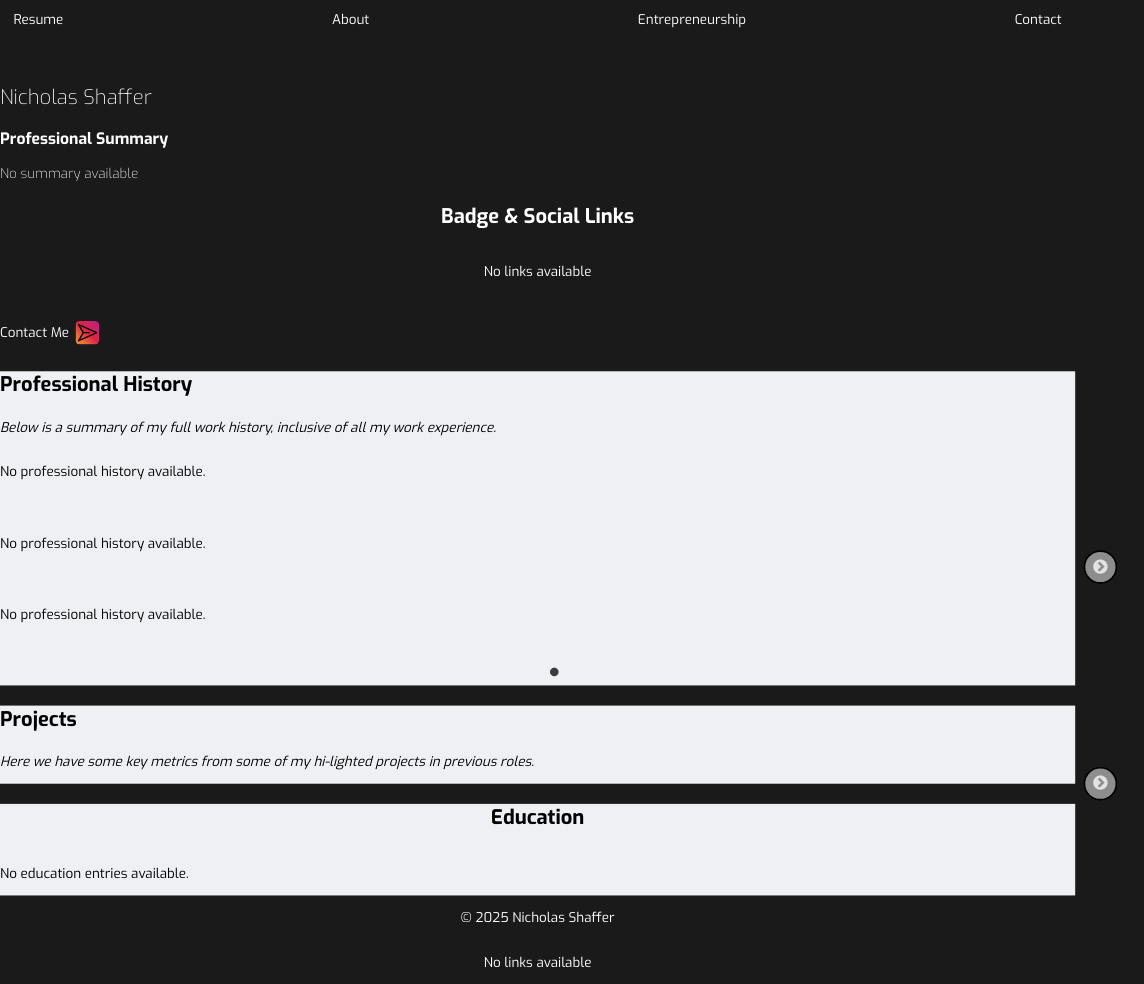
Repository: ShafferNick/nicholas_portfolio
Page: /
These files come from the project's save history. The page is drawn as it stood at one moment and after the next save; the edit follows.
The browser window is 1280 px wide. The page is 1330 px wide, then 1362 px, so the pictures cover 1362 px, including what lies to the right of the window. The pictures show the whole page, at 84% of full size.
The page's requests for data from a server got no answer. The project was rebuilt for these pictures with package versions that can differ from the ones it lists, and the page was loaded fresh each time. The framework's server and built-in components were replaced by stand-ins that run in the browser. No one was signed in, and anything a server would have sent is missing. Also part of the build but not shown: next.config.ts, src/app/components/Contact.tsx.

Above is the page before, as saved 2025-03-19 14:59:02.

### src/app/layout.tsx
import './globals.css';
import type { Metadata } from 'next';

export const metadata: Metadata = {
  title: 'Create Next App',
  description: 'Generated by create next app',
};

export default function RootLayout({
  children,
}: {
  children: React.ReactNode;
}) {
  return (
    <html lang="en">
      <body>{children}</body>
    </html>
  );
}

### src/app/page.tsx
import { client } from '@/app/sanityClient';
import { SanityImageSource } from '@/app/types/sanity-types';
import ContactWrapper from './components/ContactWrapper';

type Job = {
  _id: string;
  title: string;
  dates: { startDate: string; endDate: string | null };
  description: string[];
  location: string;
  companyLogo?: SanityImageSource;
};

type Project = {
  _id: string;
  title: string;
  timeline: { startDate: string; endDate: string | null };
  summary: string;
  description: string[];
};

type Profile = {
  _id: string;
  summary: string;
};

type Link = {
  _id: string;
  title: string;
  url: string;
  icon: string;
};

type EducationEntry = {
  _id: string;
  institution: string;
  major: string;
  gpa: number;
  activities: string[];
  dates: { startDate: string; endDate: string | null };
};

async function getData() {
  try {
    const profile = await client.fetch<Profile[]>(`*[_type == "profile"]`);
    console.log('Fetched profile:', profile);

    const jobs = await client.fetch<Job[]>(
      `*[_type == "job"] {
        _id,
        title,
        dates,
        description,
        location,
        companyLogo {
          ...,
          asset->
        }
      } | order(dates.startDate desc)`
    );
    console.log('Fetched jobs:', jobs);

    const projects = await client.fetch<Project[]>(
      `*[_type == "project"] {
        _id,
        title,
        timeline,
        summary,
        description
      } | order(timeline.startDate desc)`
    );
    console.log('Fetched projects:', projects);

    const links = await client.fetch<Link[]>(`*[_type == "link"]`);
    console.log('Fetched links:', links);

    const education = await client.fetch<EducationEntry[]>(
      `*[_type == "education"] {
        _id,
        institution,
        major,
        gpa,
        activities,
        dates
      } | order(dates.startDate desc)`
    );
    console.log('Fetched education:', education);

    // Check if profile[0] exists before accessing summary
    if (!profile || profile.length === 0) {
      console.error('No profile data found');
      return { profile: { _id: '', summary: '' }, jobs, projects, links, education };
    }

    return { profile: profile[0], jobs, projects, links, education };
  } catch (error) {
    console.error('Error fetching data from Sanity:', error);
    return { profile: { _id: '', summary: '' }, jobs: [], projects: [], links: [], education: [] };
  }
}

export default async function Home() {
  const data = await getData();
  const { profile, jobs, projects, links, education } = data;

  console.log('Profile in Home:', profile);
  console.log('Jobs in Home:', jobs);
  console.log('Projects in Home:', projects);
  console.log('Links in Home:', links);
  console.log('Education in Home:', education);

  const safeLinks = Array.isArray(links) ? links : [];

  return (
    <ContactWrapper
      profileSummary={profile?.summary || 'No summary available'}
      links={safeLinks}
      jobs={jobs || []}
      projects={projects || []}
      education={education || []}
    />
  );
}

### src/app/sanityClient.ts
import { createClient } from '@sanity/client';

console.log('Project ID:', process.env.NEXT_PUBLIC_SANITY_PROJECT_ID);
console.log('Dataset:', process.env.NEXT_PUBLIC_SANITY_DATASET);

if (!process.env.NEXT_PUBLIC_SANITY_PROJECT_ID) {
  throw new Error('NEXT_PUBLIC_SANITY_PROJECT_ID is not set. Check .env.local or Vercel env variables.');
}

export const client = createClient({
  projectId: process.env.NEXT_PUBLIC_SANITY_PROJECT_ID,
  dataset: process.env.NEXT_PUBLIC_SANITY_DATASET || 'production',
  apiVersion: '2023-05-03', // Fixed to a valid version
  useCdn: true,
});

### src/app/components/ContactWrapper.tsx
'use client';
import React, { useState } from 'react';
import NavbarClient from './NavbarClient';
import ContactMe from './ContactMe';
import Contact from './Contact';
import Hero from './Hero';
import Links from './Links';
import ProfessionalHistory from './ProfessionalHistory';
import Projects from './Projects';
import Education from './Education';
import FooterClient from './FooterClient';

type ContactWrapperProps = {
  profileSummary: string;
  links: any[];
  jobs: any[];
  projects: any[];
  education: any[];
};

export default function ContactWrapper({
  profileSummary,
  links,
  jobs,
  projects,
  education,
}: ContactWrapperProps) {
  const [isFormOpen, setIsFormOpen] = useState(false);

  const openForm = () => {
    console.log('Opening form');
    setIsFormOpen(true);
  };

  const closeForm = () => {
    console.log('Closing form');
    setIsFormOpen(false);
  };

  console.log('isFormOpen state:', isFormOpen);

  return (
    <>
      <NavbarClient onContactClick={openForm} />
      <Hero summary={profileSummary} />
      <Links links={links} />
      <ContactMe onContactClick={openForm} />
      <ProfessionalHistory jobs={jobs} />
      <Projects projects={projects} />
      <Education education={education} />
      <FooterClient links={links} />
      {isFormOpen && (
        <div className="fixed inset-0 z-50 flex items-center justify-center bg-black bg-opacity-70">
          <div className="relative bg-white p-6 rounded-lg shadow-lg w-full max-w-md mx-4">
            <Contact onClose={closeForm} />
          </div>
        </div>
      )}
    </>
  );
}

### src/app/components/NavbarClient.tsx
'use client';
import React, { useState } from 'react';
import Link from 'next/link';
import { usePathname } from 'next/navigation';

type NavbarClientProps = {
  onContactClick: () => void;
};

export default function NavbarClient({ onContactClick }: NavbarClientProps) {
  const [isMobileMenuOpen, setIsMobileMenuOpen] = useState(false);
  const pathname = usePathname();

  const navLinks = [
    { name: 'Resume', href: '/' },
    { name: 'About', href: '/about' },
    { name: 'Entrepreneurship', href: '/entrepreneurship' },
    { name: 'Contact', href: '#', onClick: onContactClick },
  ];

  const toggleMobileMenu = () => {
    setIsMobileMenuOpen(!isMobileMenuOpen);
  };

  const handleContactClick = (e: React.MouseEvent<HTMLAnchorElement>) => {
    console.log('Contact link clicked in navbar');
    e.preventDefault();
    onContactClick();
  };

  return (
    <nav className="bg-[#1A1A1A] text-white p-4 fixed w-full top-0 z-50">
      <div className="max-w-4xl mx-auto flex justify-between items-center">
        {/* Removed the name from the navbar */}
        <div className="desktop-menu hidden md:flex space-x-4">
          {navLinks.map((link) => (
            <Link
              key={link.name}
              href={link.href}
              className={`nav-link ${pathname === link.href ? 'active-link' : ''}`}
              onClick={link.name === 'Contact' ? handleContactClick : undefined}
            >
              {link.name}
            </Link>
          ))}
        </div>

        {/* Mobile Menu Toggle */}
        <div className="mobile-menu-toggle md:hidden">
          <button onClick={toggleMobileMenu} aria-label="Toggle mobile menu">
            <span className="block w-6 h-0.5 bg-white mb-1.5"></span>
            <span className="block w-6 h-0.5 bg-white mb-1.5"></span>
            <span className="block w-6 h-0.5 bg-white"></span>
          </button>
        </div>

        {/* Mobile Menu */}
        <div
          className={`mobile-menu md:hidden fixed top-0 right-0 w-3/4 h-full bg-gray-900 p-4 transform transition-transform duration-300 ${
            isMobileMenuOpen ? 'translate-x-0' : 'translate-x-full'
          }`}
        >
          <button
            onClick={toggleMobileMenu}
            className="close-button text-white text-2xl"
            aria-label="Close mobile menu"
          >
            ×
          </button>
          <div className="flex flex-col space-y-4 mt-12">
            {navLinks.map((link) => (
              <Link
                key={link.name}
                href={link.href}
                className={`text-white text-lg ${pathname === link.href ? 'active-link' : ''}`}
                onClick={(e) => {
                  if (link.name === 'Contact') {
                    e.preventDefault();
                    console.log('Contact link clicked in mobile menu');
                    onContactClick();
                    toggleMobileMenu();
                  } else {
                    toggleMobileMenu();
                  }
                }}
              >
                {link.name}
              </Link>
            ))}
          </div>
        </div>
      </div>
    </nav>
  );
}

### src/app/components/ContactMe.tsx
'use client';
import React from 'react';
import Image from 'next/image';

type ContactMeProps = {
  onContactClick: () => void;
};

export default function ContactMe({ onContactClick }: ContactMeProps) {
  const handleClick = () => {
    console.log('Contact Me button clicked');
    onContactClick();
  };

  return (
    <section className="contact-section">
      <div className="max-w-4xl mx-auto">
        <div className="contact-me cursor-pointer" onClick={handleClick}>
          <span>Contact Me</span>
          <Image
            src="/paper-plane-svgrepo-com.svg"
            alt="Contact Icon"
            width={24}
            height={24}
            className="contact-icon"
          />
        </div>
      </div>
    </section>
  );
}

### src/app/components/Hero.tsx
import React from 'react';

type HeroProps = {
  summary: string;
};

export default function Hero({ summary }: HeroProps) {
    return (
        <section className="hero-custom-black py-20 md:py-28 text-left animate-slide-in">
            <div className="max-w-4xl mx-auto px-8 md:px-12">
                <h1 className="text-5xl md:text-6xl font-extralight mb-6" style={{ fontWeight: 200 }}>
                    Nicholas Shaffer
                </h1>
                <div className="max-w-2xl mb-8">
                    <h3 className="text-lg md:text-xl font-bold mb-4" style={{ fontWeight: 700 }}>
                        Professional Summary
                    </h3>
                    <p className="text-base md:text-lg leading-relaxed font-extralight" style={{ fontWeight: 200 }}>
                        {summary}
                    </p>
                </div>
            </div>
        </section>
    );
}

### src/app/components/Links.tsx
'use client';
import { FontAwesomeIcon } from '@fortawesome/react-fontawesome';
import { faLinkedin, faGithub } from '@fortawesome/free-brands-svg-icons';
import { faAward } from '@fortawesome/free-solid-svg-icons';
import Image from 'next/image';

type Link = {
  _id: string;
  title: string;
  url: string;
  icon: string;
};

type LinksProps = {
  links: Link[];
  isFooter?: boolean;
};

export default function Links({ links, isFooter = false }: LinksProps) {
  console.log('Links in Links component:', links); // Debug log

  const getIcon = (iconName: string) => {
    switch (iconName.toLowerCase()) {
      case 'linkedin':
        return faLinkedin;
      case 'github':
        return faGithub;
      case 'aws cloud practitioner':
      case 'prosci change manager':
      case 'credly':
        return faAward;
      default:
        return null;
    }
  };

  const getImage = (iconName: string) => {
    switch (iconName.toLowerCase()) {
      case 'github':
        return (
          <Image
            src="https://static-00.iconduck.com/assets.00/github-icon-2048x2048-dpporae2.png"
            alt="GitHub"
            width={isFooter ? 40 : 50}
            height={isFooter ? 40 : 50}
          />
        );
      case 'aws cloud practitioner':
        return (
          <Image
            src="https://res.cloudinary.com/hy4kyit2a/f_auto,fl_lossy,q_70/learn/modules/aws-cloud-practitioner-certification-prep/learn-about-the-aws-certified-cloud-practitioner-exam/images/8ef555de1a79ee04d46f669f807e8626_8-e-63168-f-d-72-f-4272-8994-6779-eec-75-ce-9.png"
            alt="AWS Cloud Practitioner"
            width={isFooter ? 40 : 50}
            height={isFooter ? 40 : 50}
          />
        );
      case 'prosci change manager':
        return (
          <Image
            src="https://images.credly.com/images/8a442ad3-10d8-46e4-9241-41b68cfb50a9/linkedin_thumb_VILT_Change_Practitioner_Certification_V2.png"
            alt="Prosci Change Practitioner"
            width={isFooter ? 75 : 95}
            height={isFooter ? 45 : 55}
          />
        );
      case 'credly':
        return (
          <Image
            src="https://cdn.player.fm/images/21281221/series/SyPIfO73CwJqTAo6/512.png"
            alt="Credly"
            width={isFooter ? 40 : 50}
            height={isFooter ? 40 : 50}
          />
        );
      default:
        return null;
    }
  };

  return (
    <section className={isFooter ? 'flex justify-center gap-12' : 'badge-social-section mb-8'}>
      {!isFooter && (
        <h2 className="text-2xl font-regular mb-2 text-center">Badge & Social Links</h2>
      )}
      <div
        className={
          isFooter
            ? 'flex justify-around items-center flex-wrap gap-4 max-w-4xl mx-auto' // Match top section spacing and width
            : 'flex justify-around items-center flex-wrap gap-4'
        }
      >
        {Array.isArray(links) && links.length > 0 ? (
          links.map((link) => {
            const icon = getIcon(link.icon);
            const image = getImage(link.icon);

            return (
              <a
                key={link._id}
                href={link.url}
                target="_blank"
                rel="noopener noreferrer"
                className={
                  isFooter
                    ? 'p-3 transition-transform hover:scale-110'
                    : 'text-blue-600 hover:text-blue-800 transition-transform hover:scale-110 font-extralight p-2'
                }
                title={link.title}
              >
                {image ? (
                  image
                ) : icon ? (
                  <FontAwesomeIcon
                    icon={icon}
                    size={isFooter ? '2x' : '3x'}
                    className={isFooter ? 'hover:text-gray-300 transition-colors duration-300' : ''}
                  />
                ) : null}
              </a>
            );
          })
        ) : (
          <p>No links available</p>
        )}
      </div>
    </section>
  );
}

### src/app/components/Projects.tsx
'use client';
import React from 'react';
import Slider from 'react-slick';
import Image from 'next/image';
import { urlFor } from '@/app/sanityImageUrl';
import { SanityImageSource } from '@/app/types/sanity-types';

type Project = {
  _id: string;
  title: string;
  timeline: { startDate: string; endDate: string | null };
  summary: string;
  description: string[];
};

type ProjectsProps = {
  projects: Project[];
};

export default function Projects({ projects }: ProjectsProps) {
  const settings = {
    dots: true,
    infinite: true,
    speed: 500,
    slidesToShow: 1,
    slidesToScroll: 1,
    arrows: true,
    responsive: [
      {
        breakpoint: 768,
        settings: {
          slidesToShow: 1,
          slidesToScroll: 1,
          arrows: false,
        },
      },
    ],
  };

  return (
    <section className="projects-section py-16 bg-[#EFF0F3] text-black animate-slide-in w-full">
      <div className="max-w-4xl mx-auto">
              <h2 className="text-5xl md:text-6xl font-bold text-left pt-8 md:pt-12">Projects</h2>
              <p className="text-sm italic">Here we have some key metrics from some of my hi-lighted projects in previous roles.</p>
        <Slider {...settings}>
          {projects.map((project) => (
            <div key={project._id} className="px-2">
              <div className="bg-gray-200 shadow-lg rounded-lg p-6 flex flex-col min-h-[400px] transition-transform duration-300 hover:shadow-xl">
                <div className="flex-1">
                  <h3 className="text-xl md:text-2xl font-medium mb-2">{project.title}</h3>
                  <p className="mb-2 text-sm italic">
                    {project.timeline.startDate} - {project.timeline.endDate || 'Present'}
                  </p>
                  <p className="text-gray-600 mb-4">{project.summary}</p>
                  <ul className="list-disc list-inside text-sm space-y-2 mb-6">
                    {project.description.map((desc, index) => (
                      <li key={index} className="leading-relaxed">
                        {desc}
                      </li>
                    ))}
                  </ul>
                </div>
                <div className="flex justify-center mt-auto">
                  {/* Placeholder for project image - you can add an image field to the schema if desired */}
                  <div className="w-32 h-32 bg-gray-300 rounded-lg"></div>
                </div>
              </div>
            </div>
          ))}
        </Slider>
      </div>
    </section>
  );
}

### src/app/components/Education.tsx
'use client';
import React from 'react';

type EducationEntry = {
  _id: string;
  institution: string;
  major: string;
  gpa: number;
  activities: string[];
  dates: { startDate: string; endDate: string | null };
};

type EducationProps = {
  education: EducationEntry[] | undefined; // Allow undefined
};

export default function Education({ education = [] }: EducationProps) {
  return (
    <section className="education-section py-16 bg-[#EFF0F3] text-black animate-slide-in w-full">
      <div className="max-w-4xl mx-auto">
        <h2 className="text-3xl md:text-4xl font-bold mb-12 text-center">Education</h2>
        <div className="bg-white shadow-lg rounded-lg p-6">
          <div className="grid grid-cols-1 md:grid-cols-2 gap-8">
            {Array.isArray(education) && education.length > 0 ? (
              education.map((entry) => (
                <div key={entry._id} className="flex flex-col">
                  <h3 className="text-xl md:text-2xl font-bold mb-2">{entry.institution}</h3>
                  <p className="mb-2 text-sm italic">
                    {entry.major} | {entry.dates.startDate} - {entry.dates.endDate || 'Present'}
                  </p>
                  <p className="text-sm mb-2">GPA: {entry.gpa}</p>
                  <ul className="list-disc list-inside text-sm space-y-2">
                    {entry.activities.map((activity, index) => (
                      <li key={index} className="leading-relaxed">
                        {activity}
                      </li>
                    ))}
                  </ul>
                </div>
              ))
            ) : (
              <p>No education entries available.</p>
            )}
          </div>
        </div>
      </div>
    </section>
  );
}

### src/app/components/FooterClient.tsx
'use client';
import Links from './Links';

type Link = {
  _id: string;
  title: string;
  url: string;
  icon: string;
};

type FooterClientProps = {
  links?: Link[];
};

export default function FooterClient({ links = [] }: FooterClientProps) {
  console.log('Links in FooterClient:', links); // Debug log
  return (
    <footer className="bg-gray-800 text-white py-6 text-center w-full">
      <div className="flex flex-col items-center gap-4">
        <p>© 2025 Nicholas Shaffer</p>
        <Links links={links} isFooter={true} />
      </div>
    </footer>
  );
}

### src/app/sanityImageUrl.ts
import imageUrlBuilder from '@sanity/image-url';
import { client } from '@/app/sanityClient';
import { SanityImageSource } from '@/app/types/sanity-types'; // Should resolve to src/types/sanity-types.ts

const builder = imageUrlBuilder(client);

export function urlFor(source: SanityImageSource) {
  return builder.image(source);
}

Loaded but not shown: src/app/globals.css (490 lines, source omitted); src/app/components/ProfessionalHistory.tsx (105 lines, source omitted)

After the next save:
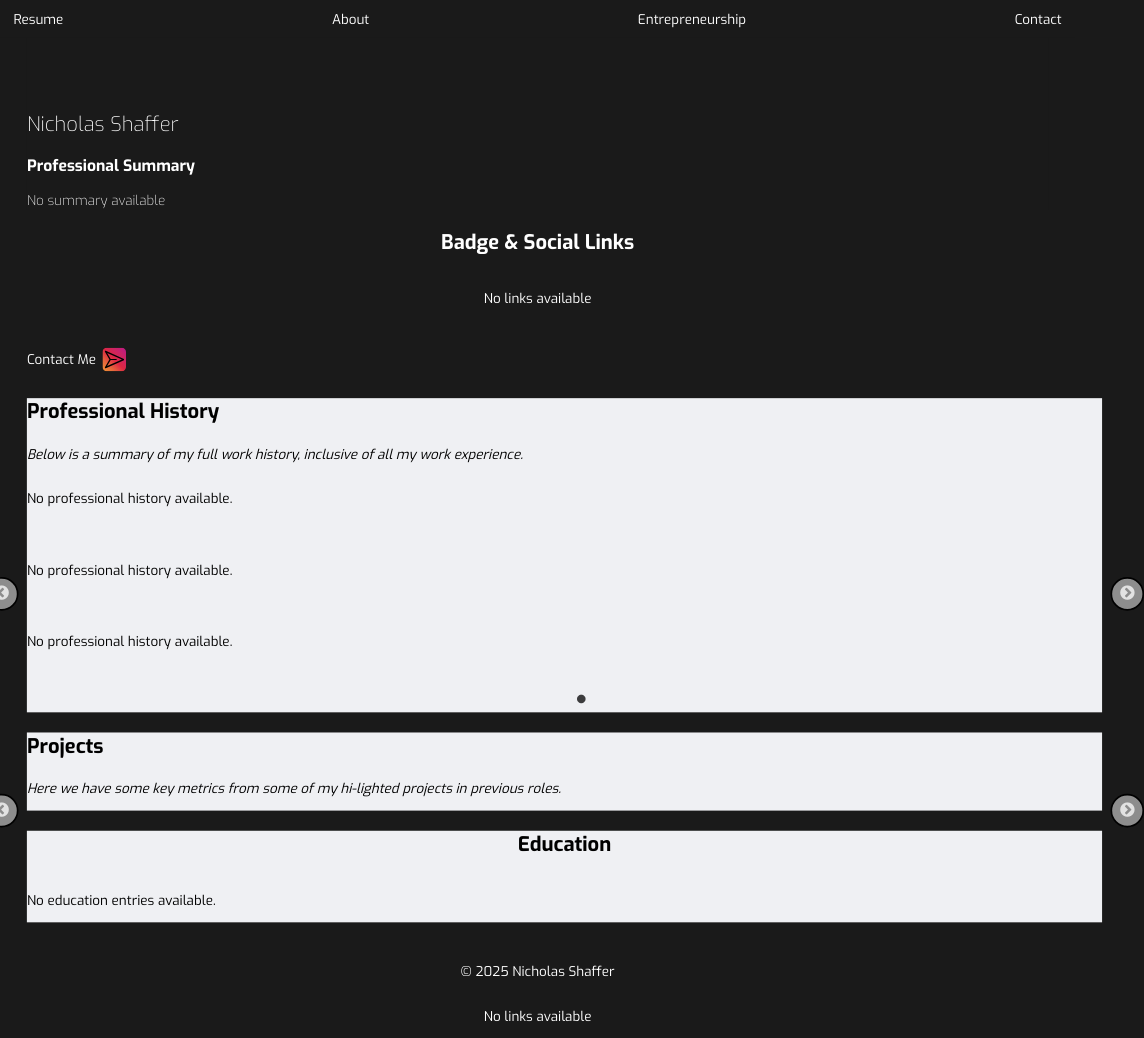
Saved 27 s later.
--- a/src/app/components/ContactWrapper.tsx
+++ b/src/app/components/ContactWrapper.tsx
@@ -42,12 +42,14 @@ export default function ContactWrapper({
   return (
     <>
       <NavbarClient onContactClick={openForm} />
-      <Hero summary={profileSummary} />
-      <Links links={links} />
-      <ContactMe onContactClick={openForm} />
-      <ProfessionalHistory jobs={jobs} />
-      <Projects projects={projects} />
-      <Education education={education} />
+      <main>
+        <Hero summary={profileSummary} />
+        <Links links={links} />
+        <ContactMe onContactClick={openForm} />
+        <ProfessionalHistory jobs={jobs} />
+        <Projects projects={projects} />
+        <Education education={education} />
+      </main>
       <FooterClient links={links} />
       {isFormOpen && (
         <div className="fixed inset-0 z-50 flex items-center justify-center bg-black bg-opacity-70">
